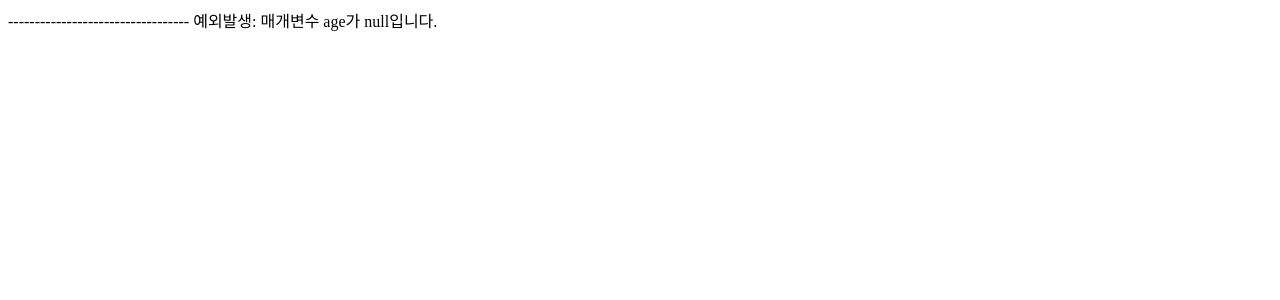
Repository: taein0714/jsp202408
Page: http://localhost/Proj0822/myErr500.jsp
These files come from the project's save history. The page is drawn as it stood at one moment and after the next save; the edit follows.
The browser window is 1280 px wide. The pictures show the whole page.
The page is served by Tomcat 9.

Above is the page before, as saved 2024-08-22 02:15:07.

After the next save:
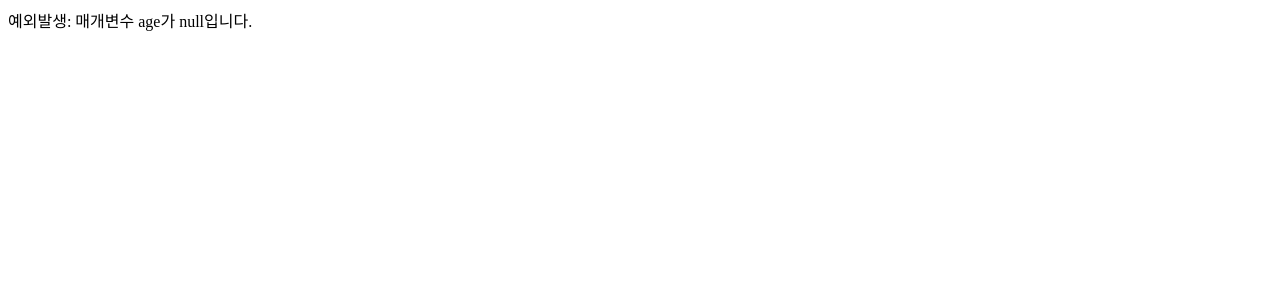
Saved 2 min 17 s later.
--- a/ex0822/Proj0822/src/main/webapp/myErr500.jsp
+++ b/ex0822/Proj0822/src/main/webapp/myErr500.jsp
@@ -8,7 +8,6 @@
 </head>
 <body>
 	<%
-	out.println("----------------------------------");
 	try {
         int myAge = Integer.parseInt(request.getParameter("age")) + 10;
         out.println("10년 후 당신의 나이는: " + myAge + "입니다.");
